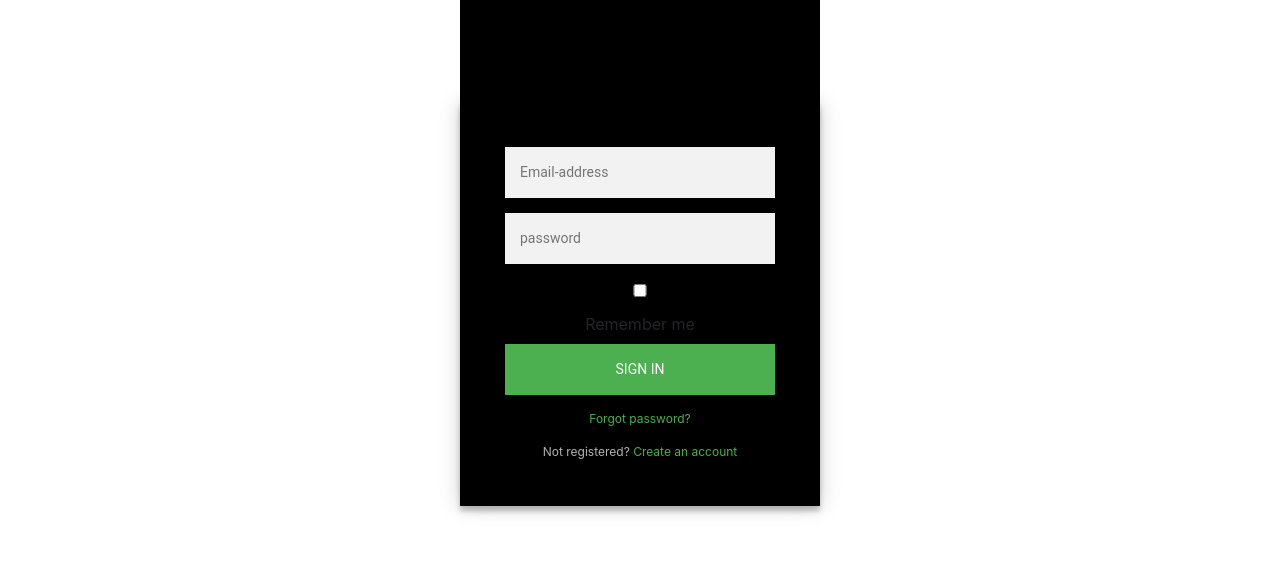
Repository: andbilous/cursor-styled-components
Page: /sign-in
These files come from the project's save history. The page is drawn as it stood at one moment and after a run of saves; the edit follows.
The browser window is 1280 px wide. The pictures show the whole page.
The project was rebuilt for these pictures with package versions that can differ from the ones it lists, and the page was loaded fresh each time. Also part of the build but not shown: src/App.css, src/components/SignUpForm.jsx.

Above is the page before, as saved 2020-04-19 13:40:39.

### src/App.js
import React from 'react';
import {
  BrowserRouter as Router,
  Switch,
  Route,
  Link
} from "react-router-dom";
import './App.css';
import SignInForm from './components/SignInForm';
import SignUpForm from './components/SignUpForm';

function App() {
  return (
   <Router>
      <Switch>
          <Route exact path="/sign-in">
            <SignInForm />
          </Route>
          <Route path="/sign-up">
            <SignUpForm />
          </Route>
        </Switch>
   </Router>
  );
}

export default App;

### src/components/SignInForm.jsx
import React from 'react';
import styled from "styled-components";

const SignInFormStyles=styled.div`
.login-page {
  width: 360px;
  padding: 8% 0 0;
  margin: auto;
  background: #000;
}
.form {
  position: relative;
  z-index: 1;
  max-width: 360px;
  margin: 0 auto 100px;
  padding: 45px;
  text-align: center;
  box-shadow: 0 0 20px 0 rgba(0, 0, 0, 0.2), 0 5px 5px 0 rgba(0, 0, 0, 0.24);
}
.form input {
  font-family: "Roboto", sans-serif;
  outline: 0;
  background: #f2f2f2;
  width: 100%;
  border: 0;
  margin: 0 0 15px;
  padding: 15px;
  box-sizing: border-box;
  font-size: 14px;
}
.form button {
  font-family: "Roboto", sans-serif;
  text-transform: uppercase;
  outline: 0;
  background: #4CAF50;
  width: 100%;
  border: 0;
  padding: 15px;
  color: #FFFFFF;
  font-size: 14px;
  -webkit-transition: all 0.3 ease;
  transition: all 0.3 ease;
  cursor: pointer;
}
.form button:hover,.form button:active,.form button:focus {
  background: #43A047;
}
.form .message {
  margin: 15px 0 0;
  color: #b3b3b3;
  font-size: 12px;
}
.form .message a {
  color: #4CAF50;
  text-decoration: none;
}
.container {
  position: relative;
  z-index: 1;
  max-width: 300px;
  margin: 0 auto;
}
.container:before, .container:after {
  content: "";
  display: block;
  clear: both;
}
.container .info {
  margin: 50px auto;
  text-align: center;
}
.container .info h1 {
  margin: 0 0 15px;
  padding: 0;
  font-size: 36px;
  font-weight: 300;
  color: #1a1a1a;
}
.container .info span {
  color: #4d4d4d;
  font-size: 12px;
}
.container .info span a {
  color: #000000;
  text-decoration: none;
}
.container .info span .fa {
  color: #EF3B3A;
}
body {
  background: #76b852; /* fallback for old browsers */
  background: -webkit-linear-gradient(right, #76b852, #8DC26F);
  background: -moz-linear-gradient(right, #76b852, #8DC26F);
  background: -o-linear-gradient(right, #76b852, #8DC26F);
  background: linear-gradient(to left, #76b852, #8DC26F);
  font-family: "Roboto", sans-serif;
  -webkit-font-smoothing: antialiased;
  -moz-osx-font-smoothing: grayscale;
}
`


const SignInForm =() =>{
  return (
    <SignInFormStyles>
<div class="login-page">
  <div class="form">
    <form class="login-form">
    <input type="text" placeholder="Email-address"/>
      <input type="password" placeholder="password"/>
      <div><input type="checkbox"/><label>Remember me</label></div>
     <button>Sign In</button>
     <div>
     <p class="message"><a href="#">Forgot password?</a></p>
       <p class="message">Not registered? <a href="#">Create an account</a></p>
       </div>

    </form>
  </div>
</div>
    </SignInFormStyles>

  )
}


export default  SignInForm;

Loaded but not shown: public/index.html (common file); src/index.js (common file); src/index.css (common file); src/serviceWorker.js (common file)

After the next 13 saves:
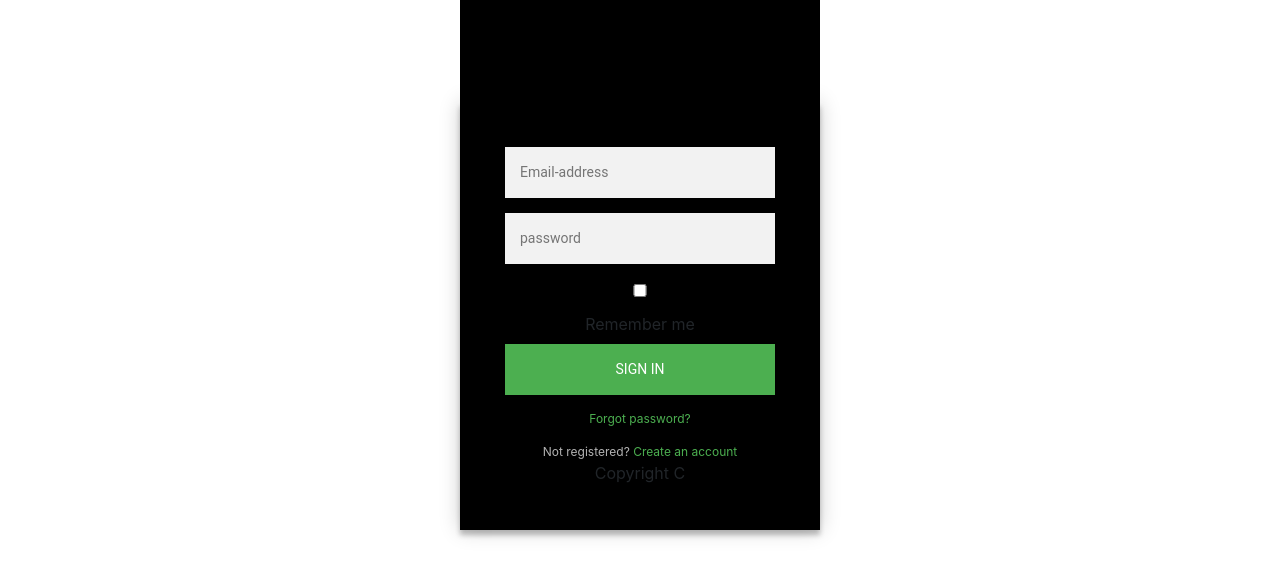
The 13 saves are shown as one change because they came seconds apart.
The last was saved 29 s later.
--- a/src/components/SignInForm.jsx
+++ b/src/components/SignInForm.jsx
@@ -114,6 +114,9 @@ const SignInForm =() =>{
      <p class="message"><a href="#">Forgot password?</a></p>
        <p class="message">Not registered? <a href="#">Create an account</a></p>
        </div>
+       <footer>
+       <span>Copyright C </span>
+       </footer>
 
     </form>
   </div>
